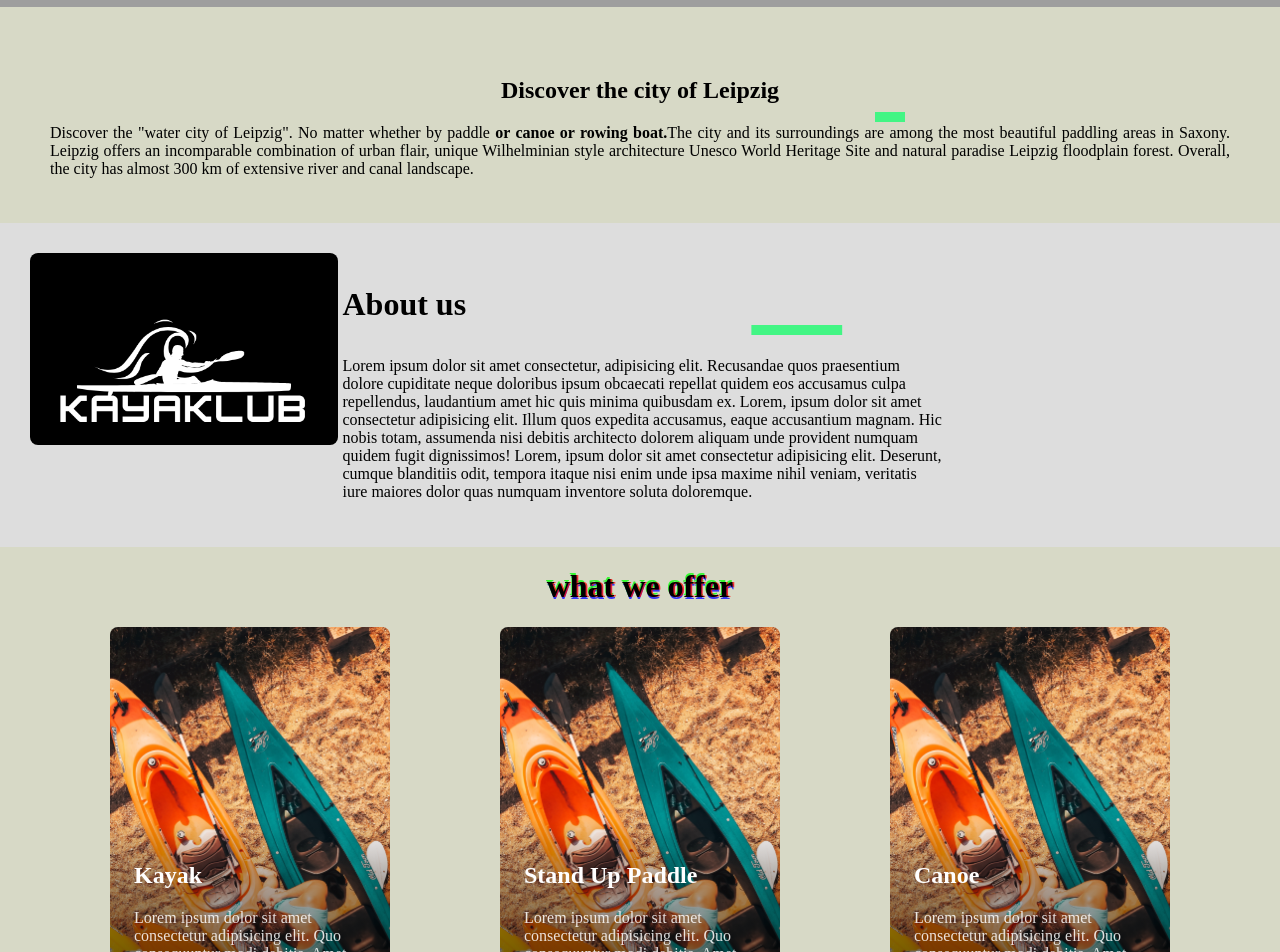
Repository: joseluis2289/Responsive-club-website
Page: index.html
An editor plug-in stored every save of this project. The page is shown before and after a run of saves, followed by the edit.
The browser window is 1280 px wide. The pictures show the part of the page from y = 763 to 1715 px (the page is 2671 px tall).
Pictures or frames that could not be fetched are drawn as grey boxes. Some web fonts or font styles are not loaded; a fallback is used.

Above is the page before, as saved 2021-08-25 10:29:04.

After the next 2 saves:
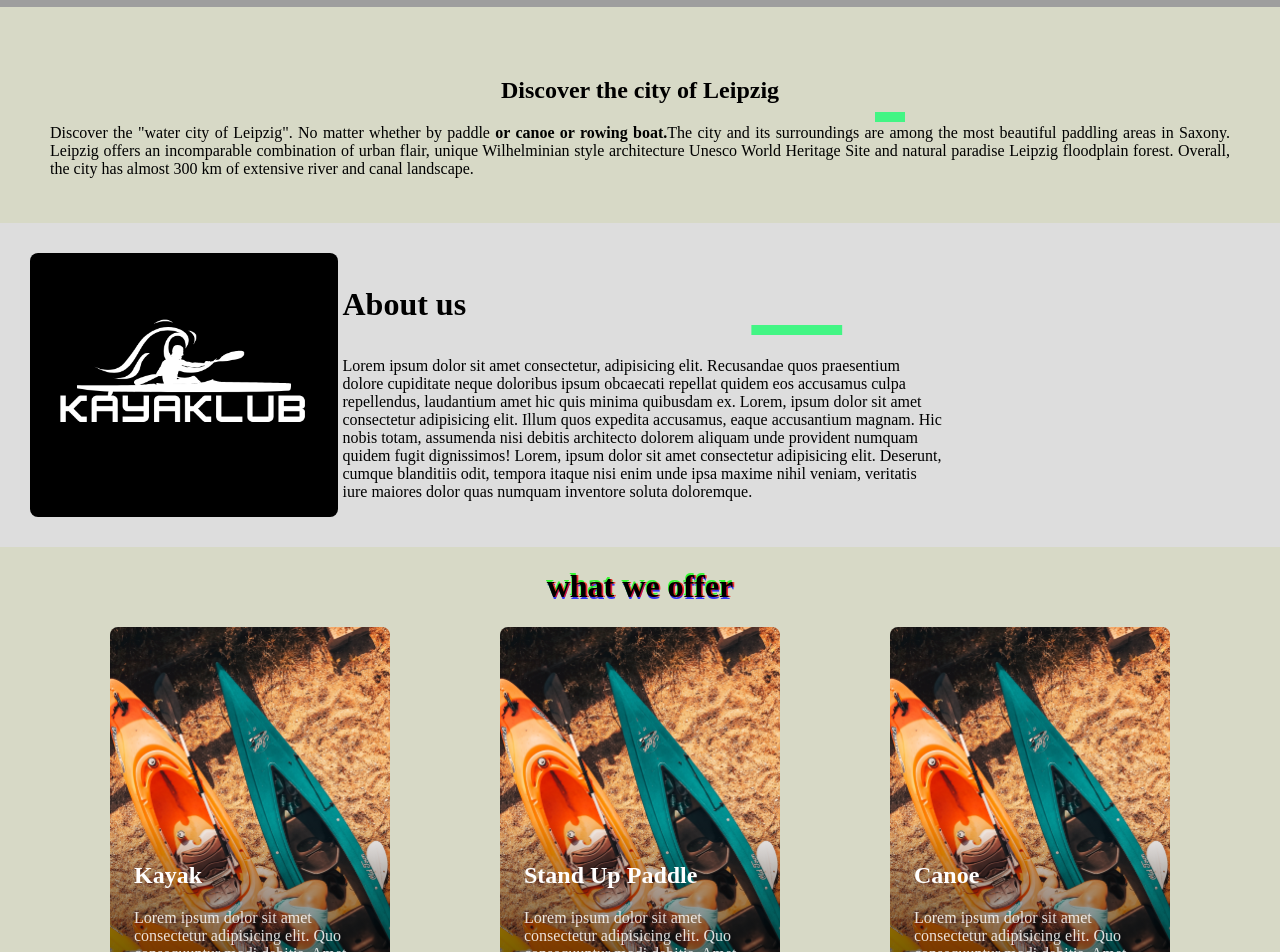
The 2 saves are shown as one change because they came seconds apart.
The last was saved 8 s later.
--- a/style.css
+++ b/style.css
@@ -159,7 +159,7 @@ body{
     padding: 12rem 0 0;
     /* ch is 35 character wide */
      max-width: 75ch;
-     max-height: 10vh;
+     max-height: 60vh;
     border-radius: 0.5rem;
 }
 .aboutUs-text{
